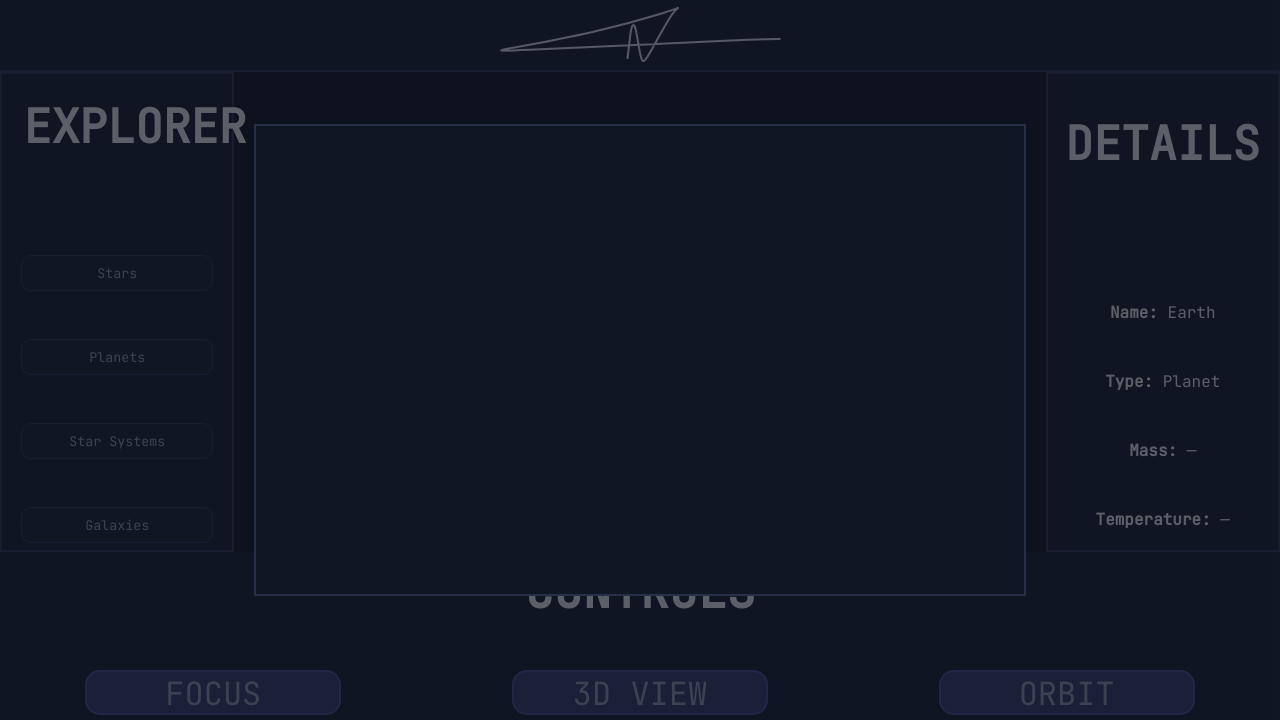
Repository: nico-madruga/Universe
Page: front-end/html/index.html
The author's editor kept a copy of each file at every save. The page is drawn from the files as they stood at one save, then again after the next save.
The browser window is 1280 px wide. The pictures show the whole page.

Above is the page before, as saved 2026-10-01 19:06:05.
Console error: ReferenceError: popupContent is not defined

After the next save:
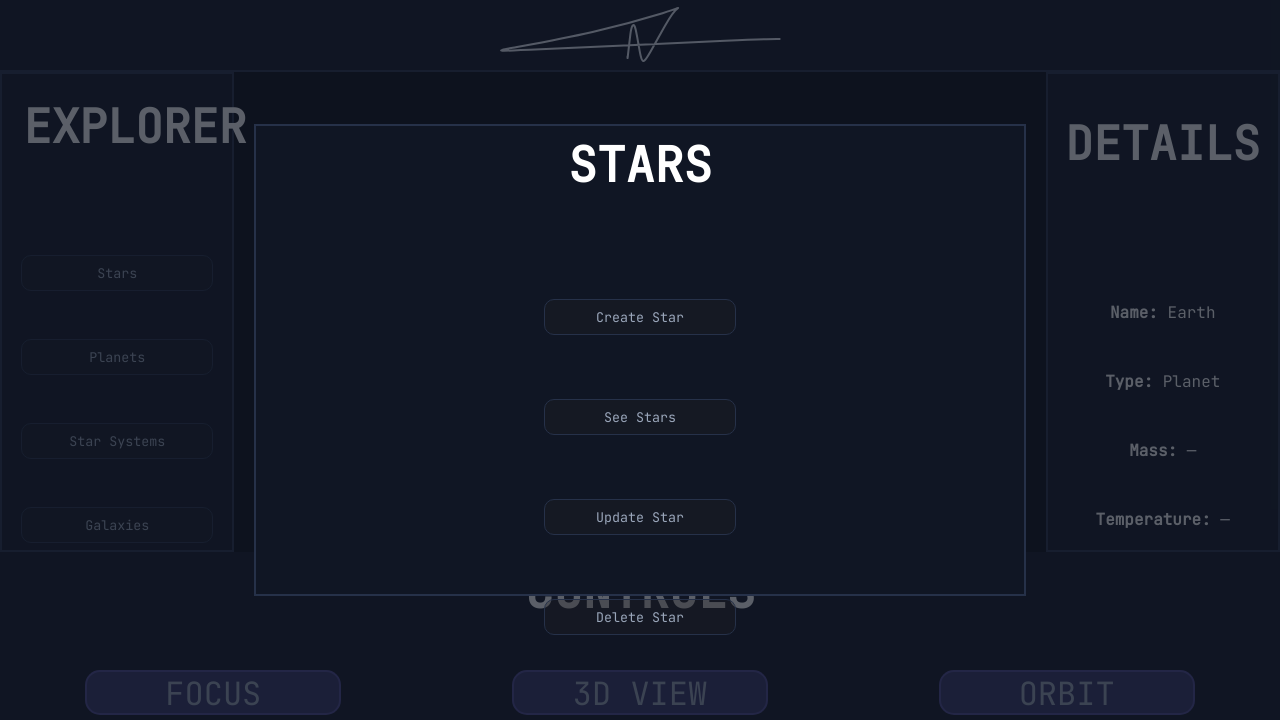
The error is gone.
Saved 6 s later.
--- a/front-end/js/main-popup.js
+++ b/front-end/js/main-popup.js
@@ -1,5 +1,7 @@
 export function startPopUp(popup)
 {
+    const popupContent = document.querySelector("#pop-up-content");
+
     popup.classList.add("open");
     popupContent.innerHTML = `
     <header>
